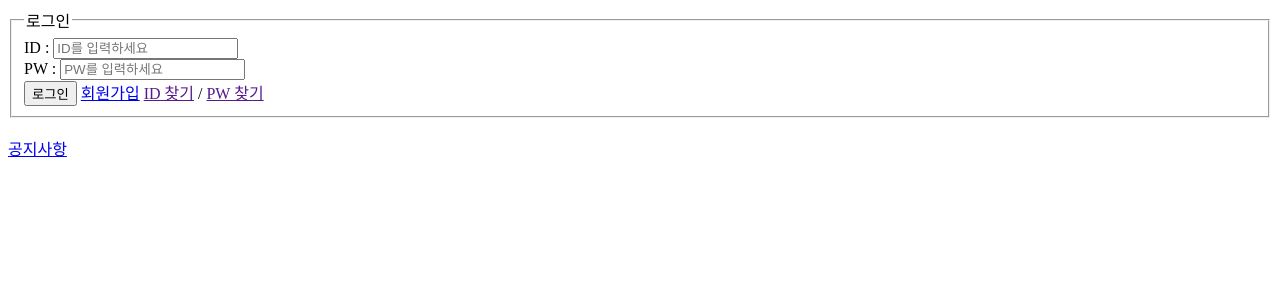
Repository: minimelody/servlet
Page: http://localhost/web2/
An editor plug-in stored every save of this project. The page is shown before and after the next save, followed by the edit.
The browser window is 1280 px wide. The pictures show the whole page.
The page is served by Tomcat 9. Other server files are loaded and not shown.

Above is the page before, as saved 2018-05-30 06:51:56.

### webworkspace2/web2/WebContent/index.jsp
<%@ page language="java" contentType="text/html; charset=UTF-8"
    pageEncoding="UTF-8"%>
<%@ page import="member.model.vo.*" %>
<% Member m = (Member)session.getAttribute("user"); %>
<!DOCTYPE html PUBLIC "-//W3C//DTD HTML 4.01 Transitional//EN" "http://www.w3.org/TR/html4/loose.dtd">
<html>
<head>
<meta http-equiv="Content-Type" content="text/html; charset=UTF-8">
<title>메인 페이지</title>
</head>
<body>
<% if(m==null) {%>
	<fieldset>
		<legend>로그인</legend>
		<form action="login" method="post" style="display:inline;">
			ID : <input type="text" placeholder="ID를 입력하세요" name="userId"><br>
			PW : <input type="password" placeholder="PW를 입력하세요" name="userPwd"><br>
			<input type="submit" value="로그인">
		</form>
		<a href="views/member/joinus.html">회원가입</a>
		<a href="">ID 찾기</a> /
		<a href="">PW 찾기</a>
	</fieldset>
<% }else{ %>
	[<%=m.getUserName() %>]님 환영 합니다<br>
	<lable onclick="myInfo();" id="infoBtn">마이페이지</lable>
	<form action="myPage" method="post" style="display:none;" id="myInfo">
		<label style="color:red;">비밀번호 입력 : </label>
		<input type="password" name="userPwd">
		<input type="submit" value="확인">
	</form>
	<br>
	<a href="logout">로그아웃</a><br>
	<a href="delete">회원탈퇴</a><br>
	<% if(m.getUserId().equals("admin")){%>
		<a href="allMember">전체회원조회</a>
	<% } %>
<% } %>
	<br>
	<a href="/notice">공지사항</a>
	<style>
		#infoBtn{
			cursor:pointer;
			text-decoration:underline;
			color:blue;
		}
	</style>
	<script>
		function myInfo(){
			document.getElementById("myInfo").style="display:inline";
		}
	</script>
</body>
</html>

After the next save:
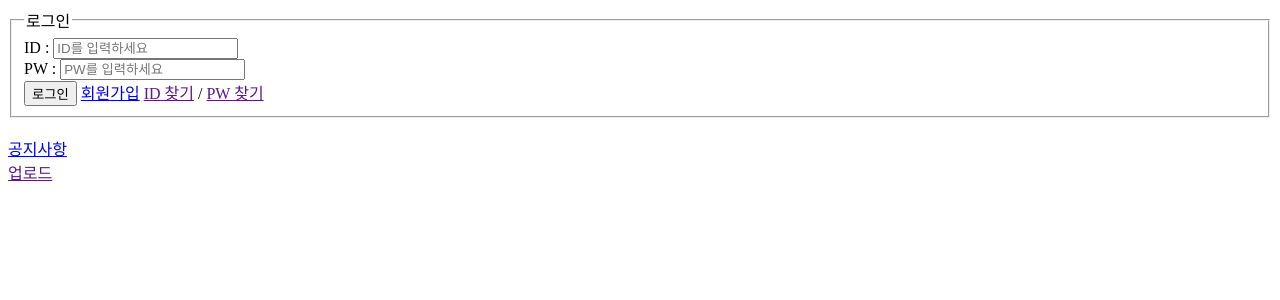
Saved 50 min 57 s later.
--- a/webworkspace2/web2/WebContent/index.jsp
+++ b/webworkspace2/web2/WebContent/index.jsp
@@ -32,12 +32,14 @@
 	<br>
 	<a href="logout">로그아웃</a><br>
 	<a href="delete">회원탈퇴</a><br>
+
 	<% if(m.getUserId().equals("admin")){%>
 		<a href="allMember">전체회원조회</a>
 	<% } %>
 <% } %>
 	<br>
-	<a href="/notice">공지사항</a>
+	<a href="/notice">공지사항</a><br>
+	<a href="">업로드</a>
 	<style>
 		#infoBtn{
 			cursor:pointer;

After the save that followed:
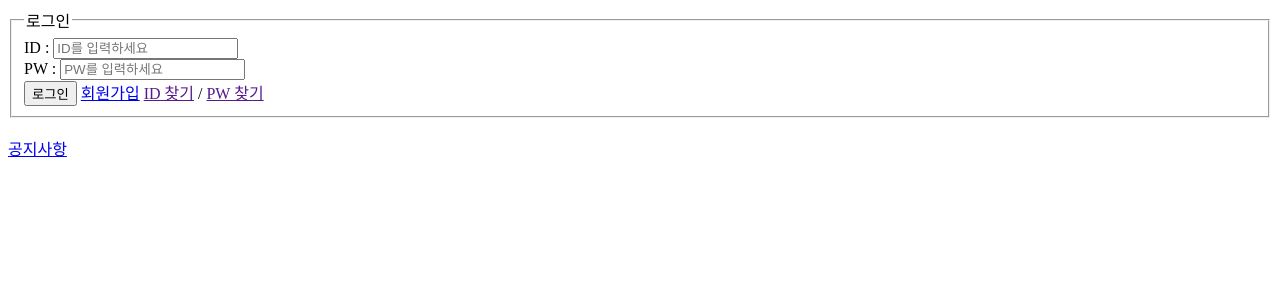
Saved 89 s later.
--- a/webworkspace2/web2/WebContent/index.jsp
+++ b/webworkspace2/web2/WebContent/index.jsp
@@ -36,10 +36,13 @@
 	<% if(m.getUserId().equals("admin")){%>
 		<a href="allMember">전체회원조회</a>
 	<% } %>
+			<a href="">업로드</a>
 <% } %>
 	<br>
 	<a href="/notice">공지사항</a><br>
-	<a href="">업로드</a>
+
+
+
 	<style>
 		#infoBtn{
 			cursor:pointer;
